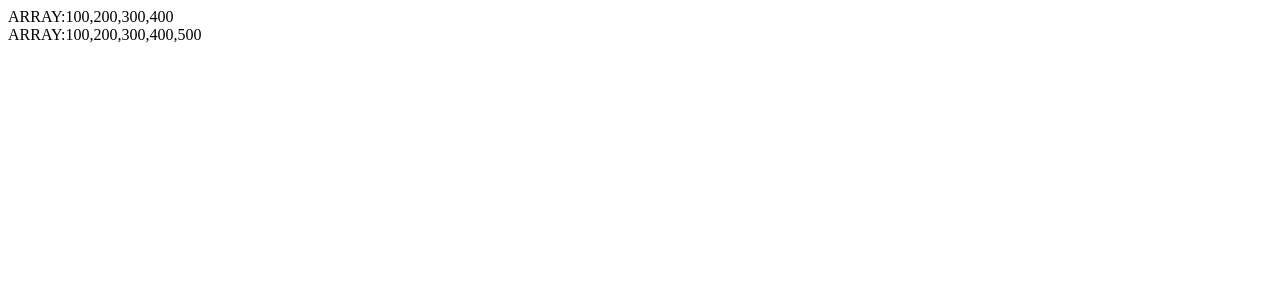
Repository: arindamslt/JEECoding
Page: JEE_FRONTEND/src/main/webapp/03JavaScriptArray.html
The author's editor kept a copy of each file at every save. The page is drawn from the files as they stood at one save, then again after the next save.
The browser window is 1280 px wide. The pictures show the whole page.

Above is the page before, as saved 2025-07-17 06:02:25.

### JEE_FRONTEND/src/main/webapp/03JavaScriptArray.html
<!DOCTYPE html>
<html>
<head>
<meta charset="ISO-8859-1">
<title>JAVASCRIPT ARRAY</title>
<script>
	var arr=[100,200,300,400];
	document.write("ARRAY:"+arr);
	document.write("<br/>");
	arr.push(500);
	document.write("ARRAY:"+arr);
	document.write("<br/>");
</script>
</head>
<body>

</body>
</html>

After the next save:
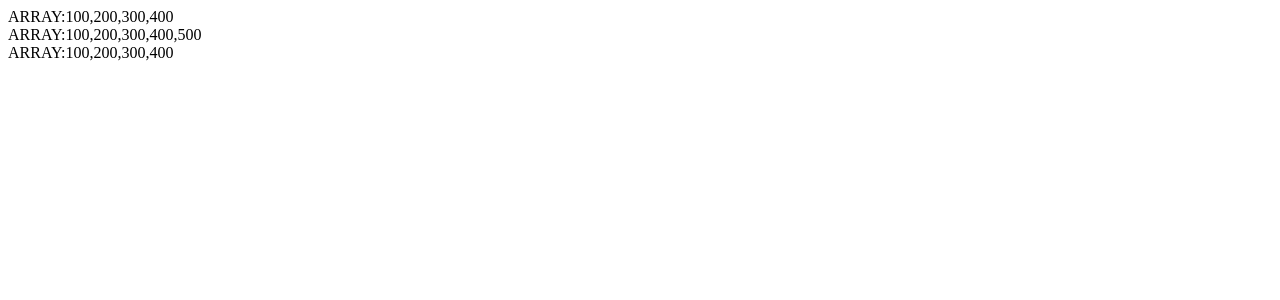
Saved 32 s later.
--- a/JEE_FRONTEND/src/main/webapp/03JavaScriptArray.html
+++ b/JEE_FRONTEND/src/main/webapp/03JavaScriptArray.html
@@ -10,6 +10,9 @@
 	arr.push(500);
 	document.write("ARRAY:"+arr);
 	document.write("<br/>");
+	arr.pop();
+	document.write("ARRAY:"+arr);
+	document.write("<br/>");
 </script>
 </head>
 <body>
